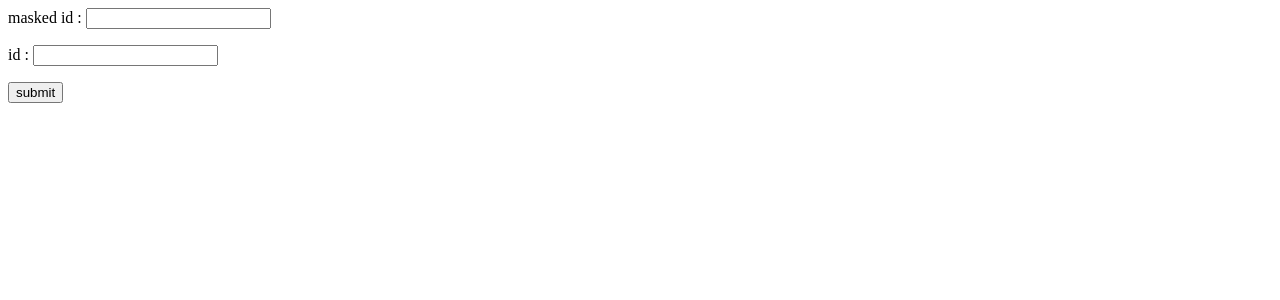
Repository: leebo-ram/tripleacoffee
Page: test.html
An editor plug-in stored every save of this project. The page is shown before and after the next save, followed by the edit.
The browser window is 1280 px wide. The pictures show the whole page.

Above is the page before, as saved 2023-01-07 18:22:48.
Console error: TypeError: Cannot read properties of undefined (reading 'id')

After the next save:
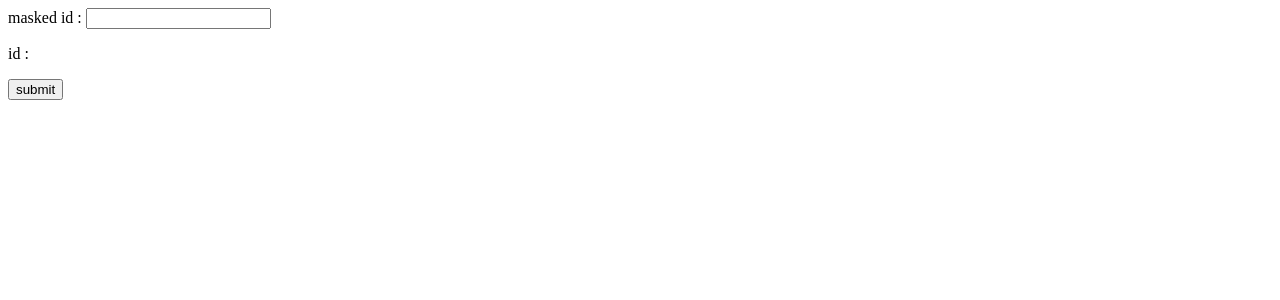
Saved 12 s later.
--- a/test.html
+++ b/test.html
@@ -33,7 +33,7 @@
   masked id : <input type="text" name="maskedId" id="maskedId"  onfocus="this.value=document.form1.id.value; return true;"
          onblur="make_mask_id(this.value); return true;">
   <p/>
-  id : <input type="text" name="id" id="id">
+  id : <input type="hidden" name="id" id="id">
 </form>
   <button onClick="alert(document.form1.id.value); void(0);" >submit</button>
 <body>
